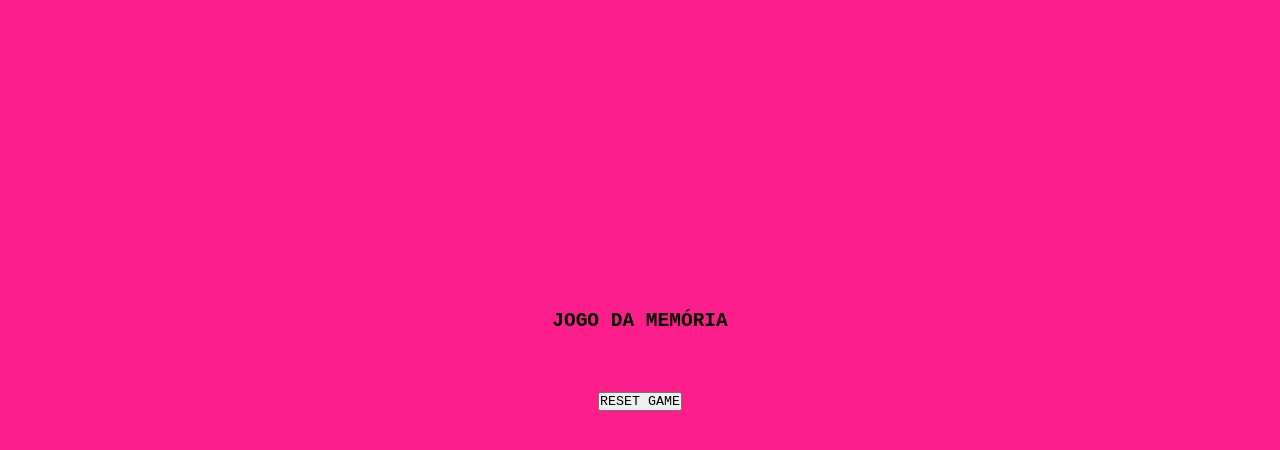
Repository: gustavotwist/memory-game
Page: index.html
An editor plug-in stored every save of this project. The page is shown before and after a run of saves, followed by the edit.
The browser window is 1280 px wide. The pictures show the whole page.

Above is the page before, as saved 2024-10-14 21:59:38.

### index.html
<!DOCTYPE html>
<html lang="pt-br">
<head>
    <meta charset="UTF-8">
    <meta name="viewport" content="width=device-width, initial-scale=1.0">
    <title>Jogo Da Memória</title>
    <link rel="stylesheet" href="./src/styles/reset.css">
    <link rel="stylesheet" href="./src/styles/main.css">
</head>
<body>
    <div class="container">
        <h2>JOGO DA MEMÓRIA</h2>
        <div class="game"></div>
        <button class="reset"
        onclick="window.location.reload()"
        >RESET GAME</button>
    </div>


    <script src="./src/scripts/engine.js" defer></script>
</body>
</html>

### src/styles/main.css
body {
    display: flex;
    justify-content: center;
    align-items: center;
    min-height: 100vh;
    background: #fc1e8a;
}

.container {
    position: relative;
    display: flex;
    flex-direction: column;
    justify-content: center;
    align-items: center;
    gap: 30px;
    background: linear-gradient(325deg, #03001e 0%, #7303c0 30%, #ec38bc 70%, );
}

Loaded but not shown: src/styles/reset.css (common file); src/scripts/engine.js (no copy from this time; the picture is the same without it)

After the next 5 saves:
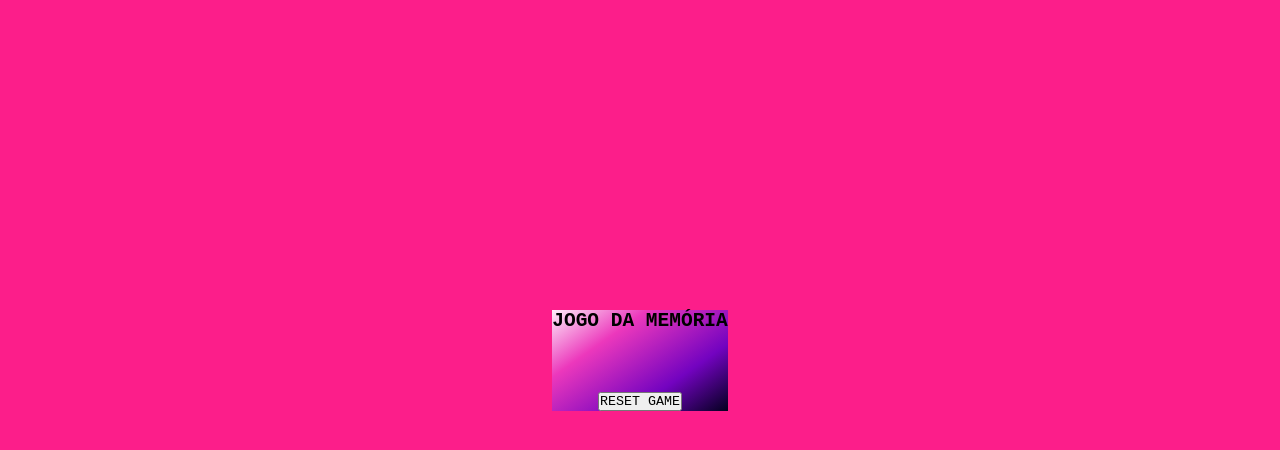
The 5 saves are shown as one change because they came seconds apart.
The last was saved 16 s later.
--- a/src/styles/main.css
+++ b/src/styles/main.css
@@ -13,5 +13,5 @@ body {
     justify-content: center;
     align-items: center;
     gap: 30px;
-    background: linear-gradient(325deg, #03001e 0%, #7303c0 30%, #ec38bc 70%, );
+    background: linear-gradient(325deg, #03001e 0%, #7303c0 30%, #ec38bc 70%, #fdeff9);
 }
